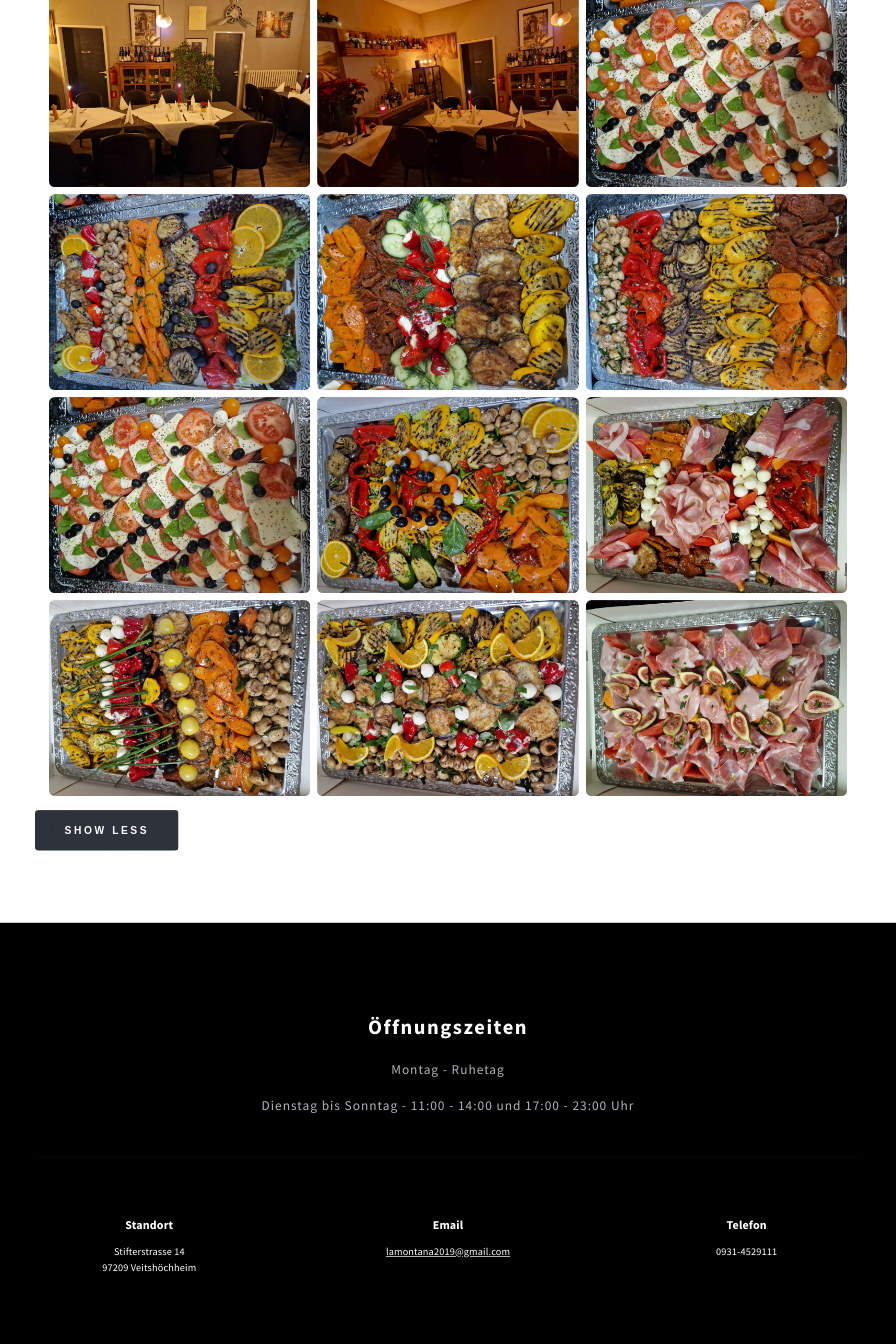
Repository: restaurantlamontana/restaurantlamontana.github.io
Page: index.html
An editor plug-in stored every save of this project. The page is shown before and after the next save, followed by the edit.
The browser window is 1280 px wide. The pictures show the part of the page from y = 1435 to 3355 px (the page is 3355 px tall), at 70% of full size.
After loading, the first visible `#show-more-btn` was clicked once.

Above is the page before, as saved 2024-07-15 12:26:50.

### index.html
<!DOCTYPE html>
<html>
  <head>
    <title>La Montana</title>
    <meta charset="utf-8" />
    <meta
      name="viewport"
      content="width=device-width, initial-scale=1, user-scalable=no"
    />
    <link rel="stylesheet" href="assets/css/main.css" />
    <style>
      /* Additional CSS for hiding images */
      .image-grid img:nth-child(n + 7) {
        display: none;
      }
    </style>
  </head>
  <body class="homepage is-preload">
    <div id="page-wrapper">
      <!-- Header -->
      <section id="header" class="wrapper">
        <!-- Logo -->
        <div id="logo">
          <h1 style="font-size: 40px"><a href="index.html">La Montana</a></h1>
        </div>
        <!-- Nav -->
        <nav id="nav">
          <ul class="toplinks">
            <li class="current"><a href="index.html">Home</a></li>
            <li>
              <a href="assets/Speisekarte_Scan.pdf" target="_blank"
                >Speisekarte</a
              >
            </li>
            <li><a href="blog.html">Blog</a></li>
          </ul>
        </nav>
      </section>

      <!-- Intro -->
      <section id="intro" class="wrapper style1">
        <div class="container">
          <br /><br /><br /><br />
          <p class="style1">Italienisches Ambiente?</p>
          <br />
          <p class="style1">
            Besuchen Sie doch das Restaurant La Montana in Veitshöchheim...
          </p>
          <ul class="actions">
            <li>
              <a
                href="assets/Speisekarte_Scan.pdf"
                target="_blank"
                class="button style3 large"
                >Speisekarte</a
              >
            </li>
          </ul>
          <ul class="actions">
            <li><a href="blog.html" class="button style3 large">Blog</a></li>
          </ul>
        </div>
      </section>

      <!-- Image Grid -->
      <section class="wrapper">
        <div class="container">
          <div class="image-grid">
            <img src="images/IMG_3203.JPG" />
            <img src="images/IMG_3204.JPG" />
            <img src="images/IMG_3205.JPG" />
            <img src="images/IMG_3206.JPG" />
            <img src="images/IMG_3207.JPG" />
            <img src="images/IMG_3199.JPG" />
            <img src="images/IMG_3200.JPG" />
            <img src="images/IMG_3201.JPG" />
            <img src="images/IMG_3202.JPG" />
            <img src="images/IMG_3199.JPG" />
            <img src="images/IMG_3194.JPG" />
            <img src="images/IMG_3195.JPG" />
            <img src="images/IMG_3196.JPG" />
            <img src="images/IMG_3197.JPG" />
            <img src="images/IMG_3198.JPG" />
          </div>
          <button id="show-more-btn" class="button style3 large">
            Alle Bilder anzeigen
          </button>
        </div>
      </section>

      <!-- Footer -->
      <section id="footer" class="wrapper">
        <div class="container">
          <header class="style1">
            <h2>Öffnungszeiten</h2>
            <p>Montag - Ruhetag</p>
            <p>Dienstag bis Sonntag - 11:00 - 14:00 und 17:00 - 23:00 Uhr</p>
          </header>
        </div>
        <div class="flex-container">
          <div class="flex-item">
            <h3>Standort</h3>
            <p style="color: white">
              Stifterstrasse 14<br />
              97209 Veitshöchheim<br />
            </p>
          </div>
          <div class="flex-item">
            <h3>Email</h3>
            <p>
              <a href="mailto:lamontana2019@gmail.com"
                >lamontana2019@gmail.com</a
              >
            </p>
          </div>
          <div class="flex-item">
            <h3>Telefon</h3>
            <p style="color: white">0931-4529111</p>
          </div>
        </div>
      </section>
    </div>

    <script>
      document
        .getElementById("show-more-btn")
        .addEventListener("click", function () {
          const images = document.querySelectorAll(
            ".image-grid img:nth-child(n+7)"
          );
          const isHidden =
            images[0].style.display === "none" ||
            images[0].style.display === "";
          images.forEach((img) => {
            img.style.display = isHidden ? "block" : "none";
          });
          this.textContent = isHidden ? "Show Less" : "Show All Pictures";
        });
    </script>
  </body>
</html>

Loaded but not shown: assets/css/fontawesome-all.min.css (library); assets/css/main.css (3122 lines, source omitted)

After the next save:
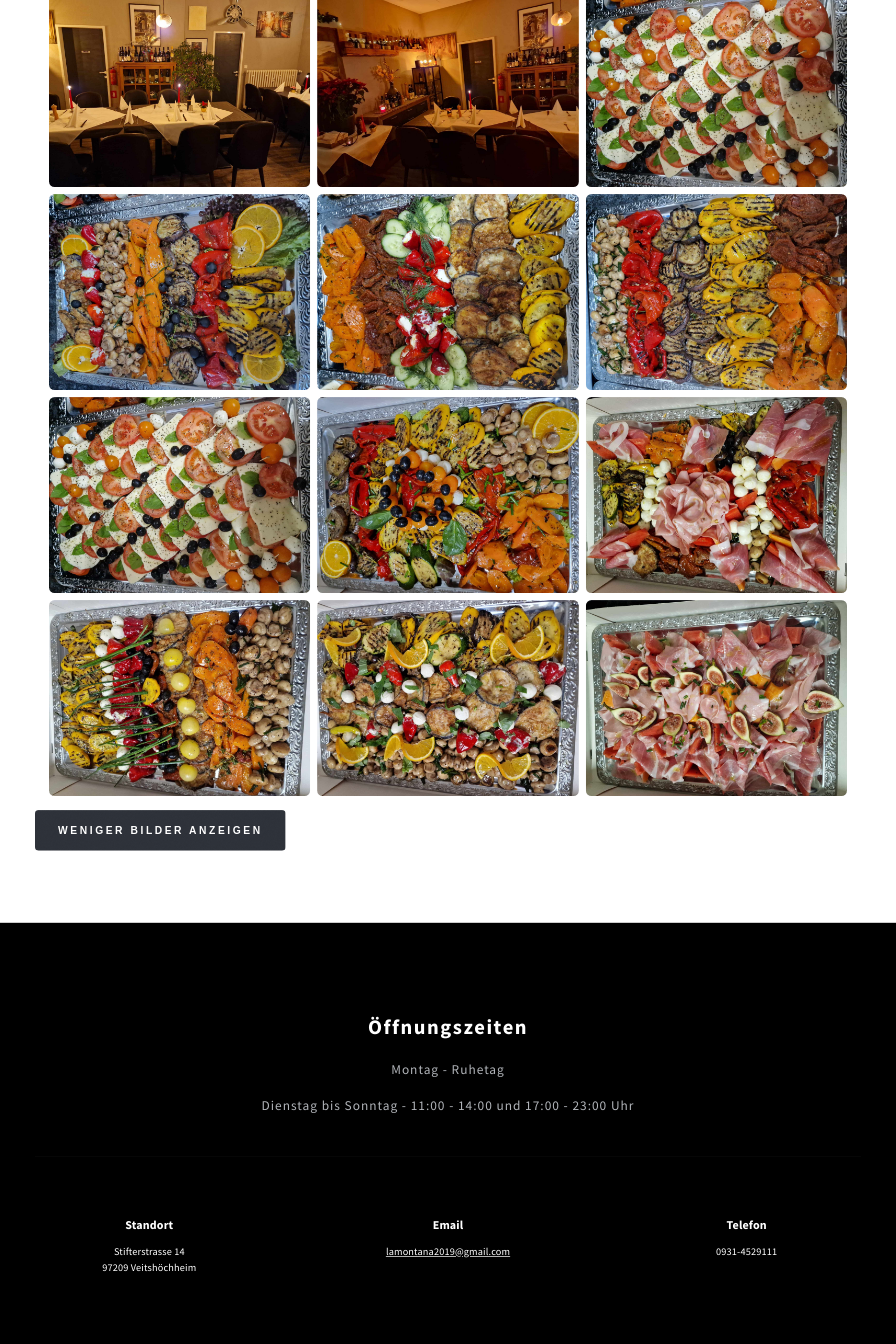
Saved 8 s later.
--- a/index.html
+++ b/index.html
@@ -134,7 +134,7 @@
           images.forEach((img) => {
             img.style.display = isHidden ? "block" : "none";
           });
-          this.textContent = isHidden ? "Show Less" : "Show All Pictures";
+          this.textContent = isHidden ? "Weniger Bilder anzeigen" : "Show All Pictures";
         });
     </script>
   </body>
